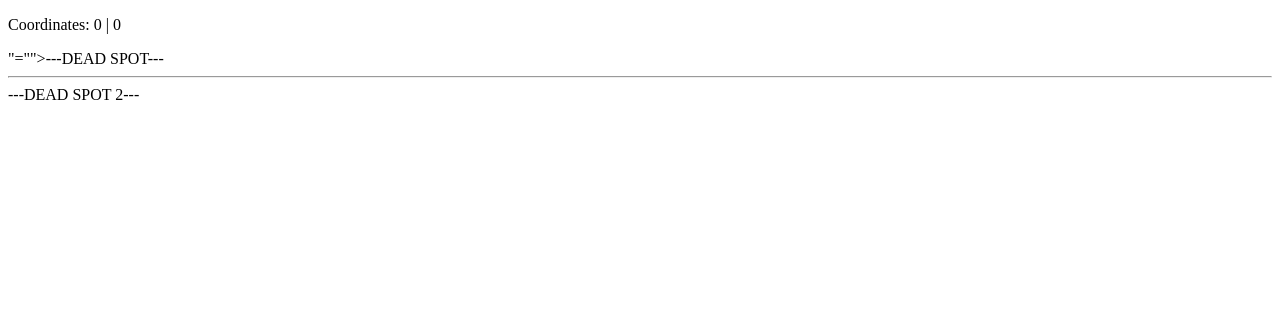
Repository: wojkos/Learn
Page: Vue/selectimage/index.html
These files come from the project's save history. The page is drawn as it stood at one moment and after the next save; the edit follows.
The browser window is 1280 px wide. The pictures show the whole page.

Above is the page before, as saved 2018-05-03 21:17:39.

### Vue/selectimage/index.html
<!DOCTYPE html>
<html lang="en">

<head>
    <meta charset="UTF-8">
    <title>Document</title>
    <script src="../vue/vue.js">
    </script>
</head>

<body>
    <div id="app" v-on:mousemove="updateCoordinates">
        <p>Coordinates: {{ x }} | {{ y }}</p>


        <div class="row">
            <div class="col-xs-12">
                <img src="download.jpeg" alt="" v-on:mousemove="updateCoordinates>
            </div>
        </div>
        <span v-on:mousemove=" dummy ">---DEAD SPOT---</span>
        <hr>
        <span v-on:mousemove.stop=" ">---DEAD SPOT 2---</span>
    </div>


    <script>
        new Vue({
            el: '#app',
            data: {
                counter: 0,
                x: 0,
                y: 0
            },
            methods: {
                updateCoordinates: function() {
                    this.x = event.clientX;
                    this.y = event.clientY;
                },
                dummy: function() {
                    event.stopPropagation();
                },
                alertMe: function() {
                    alert('Alert!');
                }
            }
        });
    </script>
</body>

</html>

Loaded but not shown: Vue/vue/vue.js (library)

After the next save:
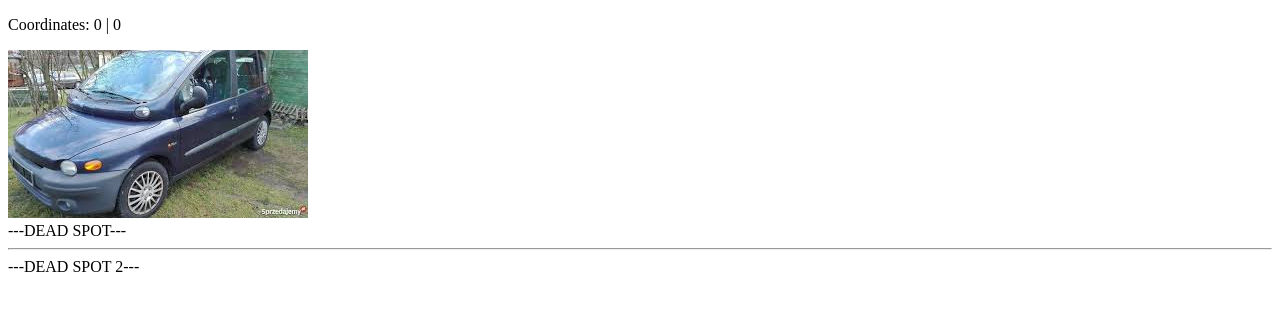
Saved 5 s later.
--- a/Vue/selectimage/index.html
+++ b/Vue/selectimage/index.html
@@ -15,7 +15,7 @@
 
         <div class="row">
             <div class="col-xs-12">
-                <img src="download.jpeg" alt="" v-on:mousemove="updateCoordinates>
+                <img src="download.jpeg" alt="" v-on:mousemove="updateCoordinates">
             </div>
         </div>
         <span v-on:mousemove=" dummy ">---DEAD SPOT---</span>
